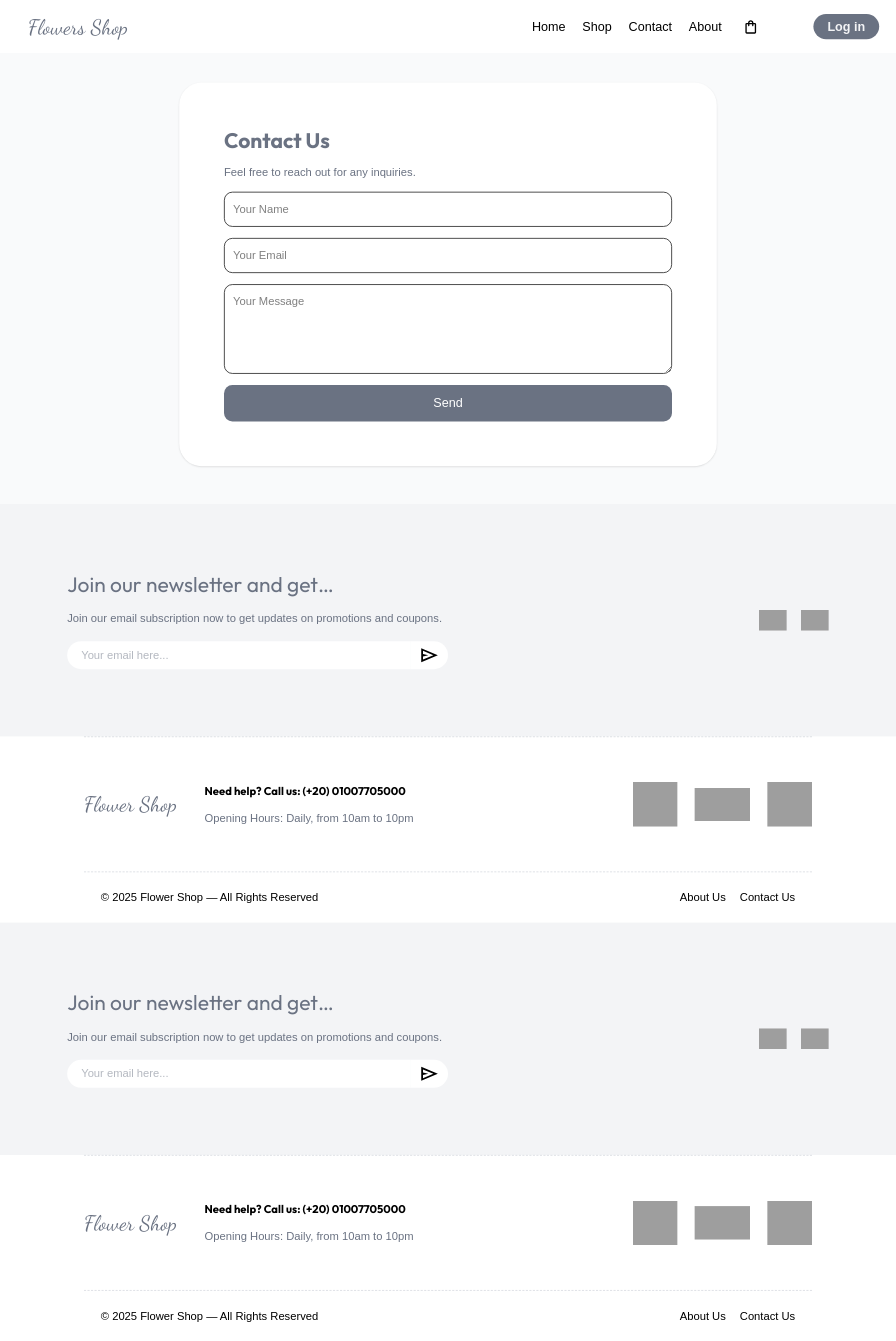
Repository: NotDebugger/flowers-shop
Page: /contact
An editor plug-in stored every save of this project. The page is shown before and after the next save, followed by the edit.
The browser window is 1280 px wide. The pictures show the whole page, at 70% of full size.
Pictures or frames that could not be fetched are drawn as grey boxes. The page's requests for data from a server got no answer. Some web fonts or font styles are not loaded; a fallback is used. The project was rebuilt for these pictures with package versions that can differ from the ones it lists, and the page was loaded fresh each time. No one was signed in, and anything a server would have sent is missing. Also part of the build but not shown: vite.config.js, src/contexts/cartContext.js, src/hooks/useCart.js, src/components/ProductCard.jsx, src/pages/Shop.jsx, src/pages/ProductPage.jsx, src/pages/Cart.jsx, src/components/FeaturedProducts.jsx and 5 more.

Above is the page before, as saved 2026-04-06 15:05:49.

After the next save:
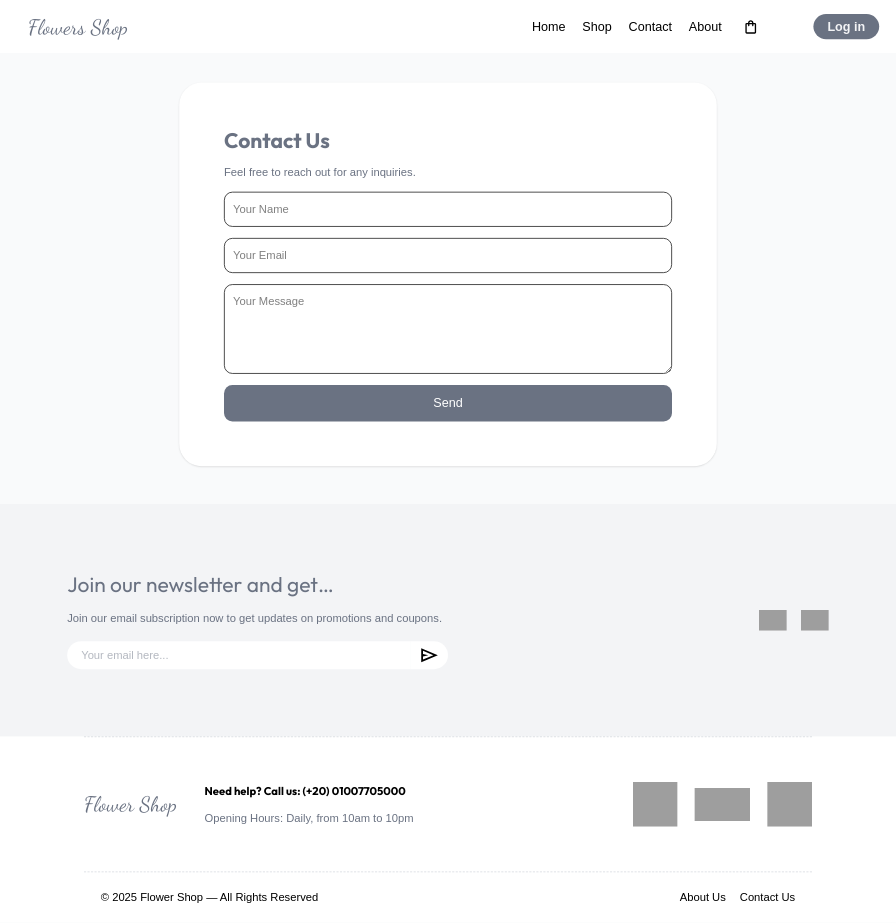
Saved 25 s later.
--- a/src/pages/Contact.jsx
+++ b/src/pages/Contact.jsx
@@ -1,4 +1,3 @@
-import Footer from "../components/Footer";
 import { Link } from "react-router-dom";
 
 export default function Contact() {
@@ -6,7 +5,9 @@ export default function Contact() {
     <>
       <div className="h-lvh flex justify-center items-center bg-gray-50">
         <div className="p-16 w-3xl mt-16 shadow bg-white rounded-4xl">
-          <h1 className="text-3xl font-bold mb-4 text-gray-500 outfit">Contact Us</h1>
+          <h1 className="text-3xl font-bold mb-4 text-gray-500 outfit">
+            Contact Us
+          </h1>
           <p className="mb-4 text-gray-500">
             Feel free to reach out for any inquiries.
           </p>
@@ -31,7 +32,6 @@ export default function Contact() {
           </form>
         </div>
       </div>
-      <Footer />
     </>
   );
 }
